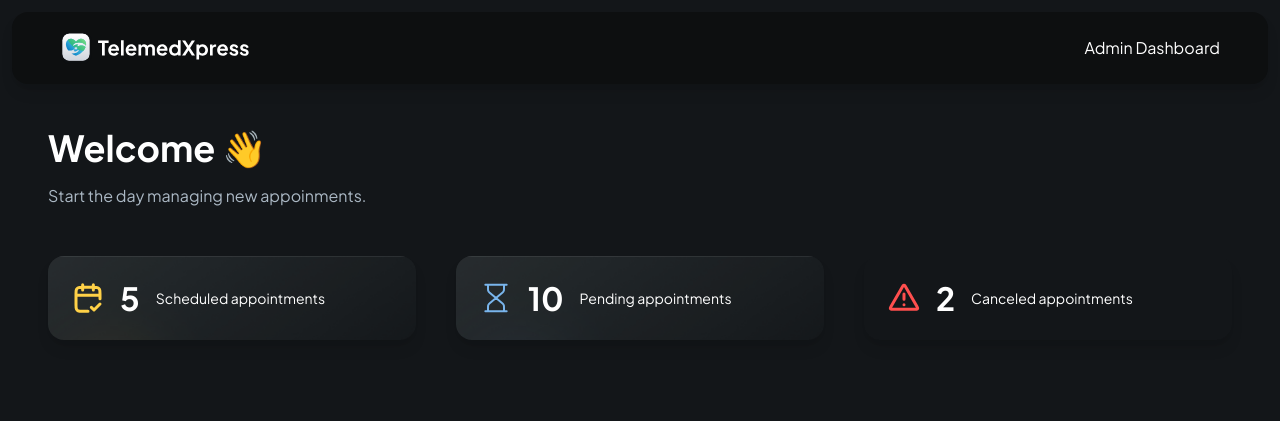
Repository: Carlito-Pedida/telemed
Page: /admin
These files come from the project's save history. The page is drawn as it stood at one moment and after the next save; the edit follows.
The browser window is 1280 px wide. The pictures show the whole page.
The project was rebuilt for these pictures with package versions that can differ from the ones it lists, and the page was loaded fresh each time. The framework's server and built-in components were replaced by stand-ins that run in the browser. Also part of the build but not shown: next.config.mjs.

Above is the page before, as saved 2024-11-08 16:20:11.

After the next save:
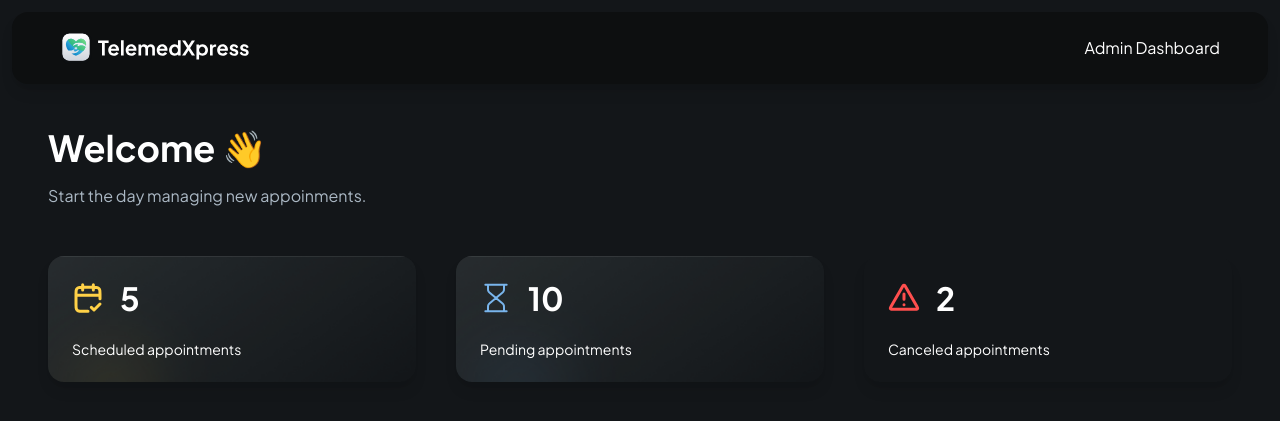
Saved 3 min 31 s later.
--- a/components/StatCard.tsx
+++ b/components/StatCard.tsx
@@ -27,8 +27,8 @@ const StatCard = ({ count = 0, label, icon, type }: StatCardProps) => {
           className="size-8 w-fit"
         />
         <h2 className="text-32-bold text-white">{count}</h2>
-        <p className="text-14-regular">{label}</p>
       </div>
+      <p className="text-14-regular">{label}</p>
     </div>
   );
 };
